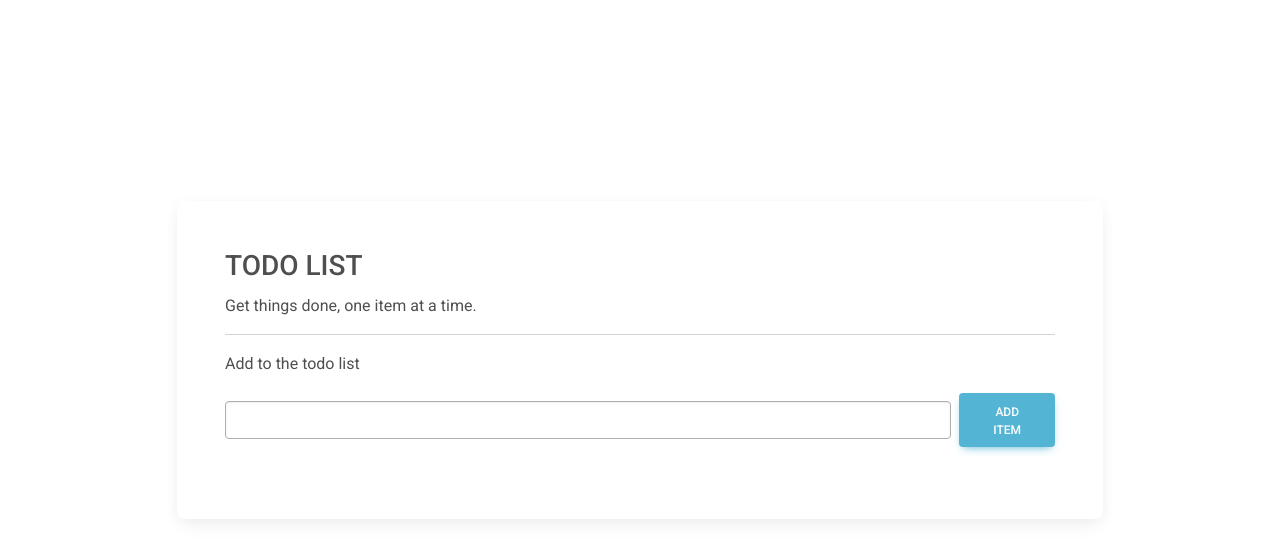
Repository: TinhTT336/MD02_HACKATHON01_HN_JV230620_BS_TranThiTinh_Basic
Page: /
An editor plug-in stored every save of this project. The page is shown before and after the next save, followed by the edit.
The browser window is 1280 px wide. The pictures show the whole page.
Some web libraries are served in a nearby version. The project was rebuilt for these pictures with package versions that can differ from the ones it lists, and the page was loaded fresh each time. Also part of the build but not shown: vite.config.js, src/App.css, src/index.css.

Above is the page before, as saved 2023-09-05 10:37:47.

### index.html
<!DOCTYPE html>
<html lang="en">
  <head>
    <meta charset="UTF-8" />
    <link rel="icon" type="image/svg+xml" href="/vite.svg" />
    <meta name="viewport" content="width=device-width, initial-scale=1.0" />
    <title>Vite + React</title>
    <link
      href="https://cdnjs.cloudflare.com/ajax/libs/font-awesome/6.0.0/css/all.min.css"
      rel="stylesheet"
    />
    <link
      href="https://fonts.googleapis.com/css?family=Roboto:300,400,500,700&display=swap"
      rel="stylesheet"
    />
    <link
      href="https://cdnjs.cloudflare.com/ajax/libs/mdb-ui-kit/6.2.0/mdb.min.css"
      rel="stylesheet"
    />
  </head>
  <body>
    <div id="root"></div>
    <script type="module" src="/src/main.jsx"></script>
  </body>
</html>

### src/App.jsx
import { useState } from 'react'
import './App.css'
import TodoList from './TodoList/todoList'

function App() {
  const [count, setCount] = useState(0)

  return (
    <>
      <TodoList />
    </>
  )
}

export default App

### src/TodoList/todoList.jsx
import React, { useState } from 'react'

export default function TodoList() {
    const [input, setInput] = useState("");
    const [todos, setTodos] = useState(() => {
        const list = JSON.parse(localStorage.getItem("todos")) || [];
        return list;
    });
    // ham them submit
    const handleSubmit = (e) => {
        e.preventDefault();
        const newTodo = {
            id: Date.now(),
            title: input,
            status: false,
        }
        const newList = [...todos, newTodo];
        setTodos(newList);
        localStorage.setItem("todos", JSON.stringify(newList));
        setInput("");
    }
    return (
        <div>
            <section className="vh-100 gradient-custom">
                <div className="container py-5 h-100">
                    <div
                        className="row d-flex justify-content-center align-items-center
              h-100"
                    >
                        <div className="col col-xl-10">
                            <div className="card">
                                <div className="card-body p-5">
                                    <h3 style={{ marginBottom: 10 }}>
                                        TODO LIST
                                    </h3>
                                    <p>Get things done, one item at a time.</p>
                                    <hr></hr>
                                    {/* Tabs content */}
                                    <div className="tab-content">
                                        <div className="tab-pane fade show active">
                                            <ul className="list-group mb-0">
                                                {todos.map(t => (
                                                    <li
                                                        className="list-group-item d-flex
                                          align-items-center border-0 mb-2
                                          rounded justify-content-between"
                                                        style={{ backgroundColor: "#f4f6f7" }}
                                                    >
                                                        <span>{t.title}</span>
                                                        <div>
                                                            <input
                                                                className="form-check-input
                                                  me-2"
                                                                type="checkbox"
                                                            />
                                                            <a className="text-info" title="Sửa công việc">
                                                                <i
                                                                    className="fas
                                                      fa-pencil-alt
                                                      me-3"
                                                                />
                                                            </a>
                                                            <a
                                                                className="text-danger"
                                                                title="Xóa công việc"
                                                            >
                                                                <i
                                                                    className="fas
                                                      fa-trash-alt"
                                                                />
                                                            </a>
                                                        </div>
                                                    </li>
                                                ))}
                                            </ul>
                                            <div className="tab-content">
                                                <p>Add to the todo list</p>
                                                <form onSubmit={handleSubmit}
                                                    className="d-flex justify-content-center
                              align-items-center mb-4"
                                                >
                                                    <div className="form-outline flex-fill">
                                                        <input type="text" id="form2" className="form-control" style={{ border: "1px solid #afafaf" }} value={input} onChange={(e) => setInput(e.target.value)} />
                                                        {/* <label className="form-label" htmlFor="form2">
                                                            ADD ITEM
                                                        </label> */}
                                                    </div>
                                                    <button
                                                        type="submit"
                                                        className="btn btn-info
                                  ms-2"
                                                    >
                                                        ADD ITEM
                                                    </button>
                                                </form>
                                            </div>
                                        </div>
                                    </div>
                                    {/* Tabs content */}
                                </div>
                            </div>
                        </div>
                    </div>
                </div>
            </section >

        </div >
    )
}

Loaded but not shown: src/main.jsx (common file)

After the next save:
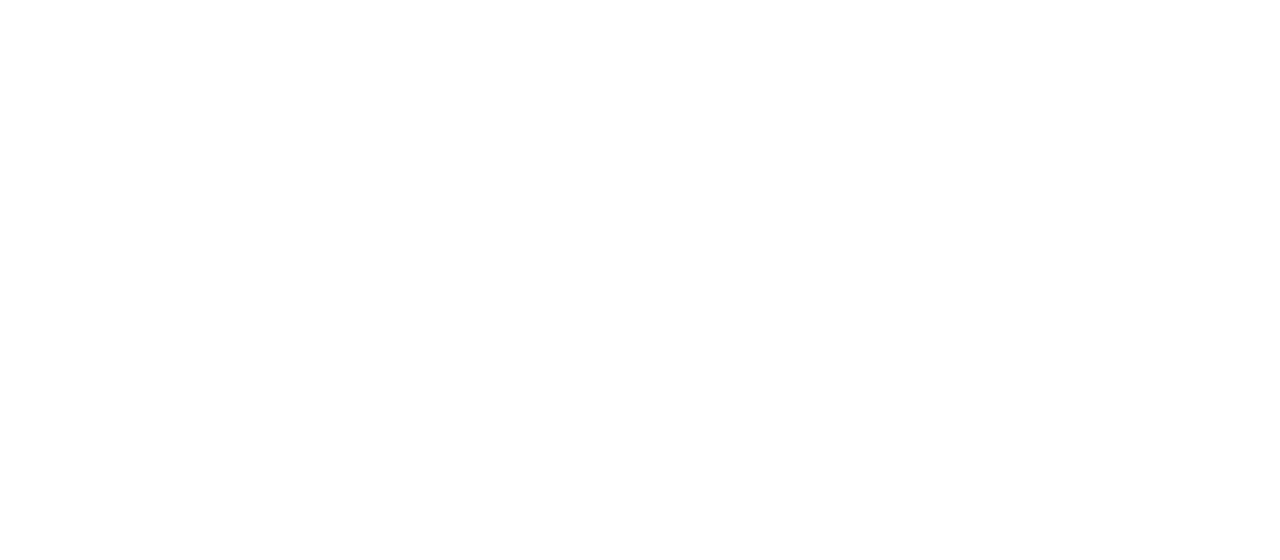
Console error: ReferenceError: t is not defined
Saved 12 s later.
--- a/src/TodoList/todoList.jsx
+++ b/src/TodoList/todoList.jsx
@@ -80,7 +80,7 @@
                               align-items-center mb-4"
                                                 >
                                                     <div className="form-outline flex-fill">
-                                                        <input type="text" id="form2" className="form-control" style={{ border: "1px solid #afafaf" }} value={input} onChange={(e) => setInput(e.target.value)} />
+                                                        <input type="text" id="form2" className="form-control" style={{ border: "1px solid #afafaf" }} value={t.title} onChange={(e) => setInput(e.target.value)} />
                                                         {/* <label className="form-label" htmlFor="form2">
                                                             ADD ITEM
                                                         </label> */}

After the save that followed:
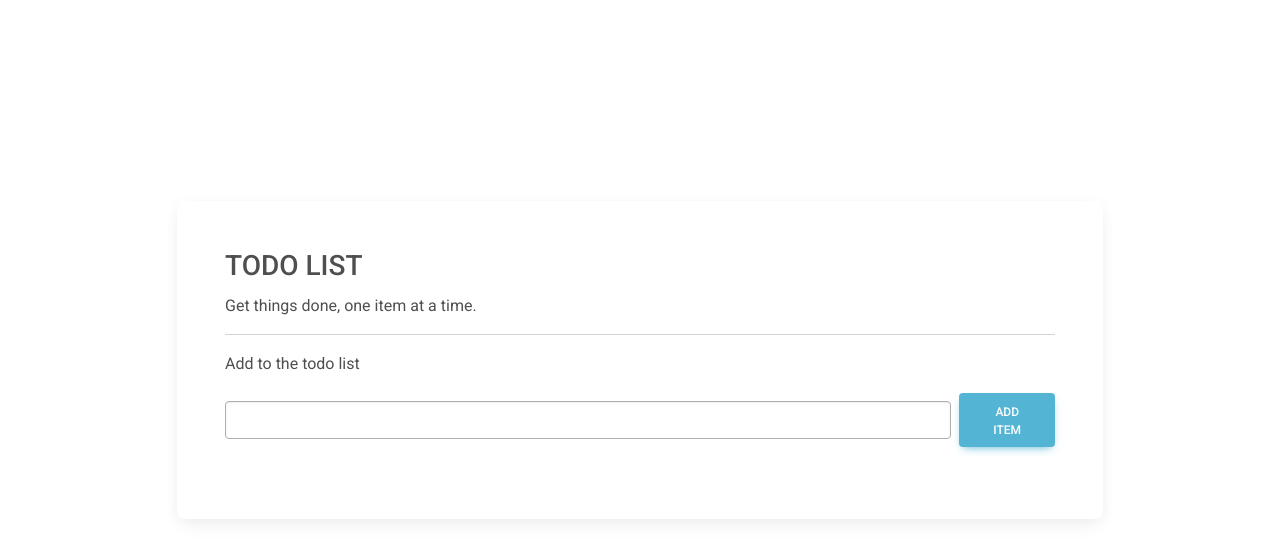
The error is gone.
Saved 17 s later.
--- a/src/TodoList/todoList.jsx
+++ b/src/TodoList/todoList.jsx
@@ -80,7 +80,7 @@
                               align-items-center mb-4"
                                                 >
                                                     <div className="form-outline flex-fill">
-                                                        <input type="text" id="form2" className="form-control" style={{ border: "1px solid #afafaf" }} value={t.title} onChange={(e) => setInput(e.target.value)} />
+                                                        <input type="text" id="form2" className="form-control" style={{ border: "1px solid #afafaf" }} value={input} onChange={(e) => setInput(e.target.value)} />
                                                         {/* <label className="form-label" htmlFor="form2">
                                                             ADD ITEM
                                                         </label> */}
